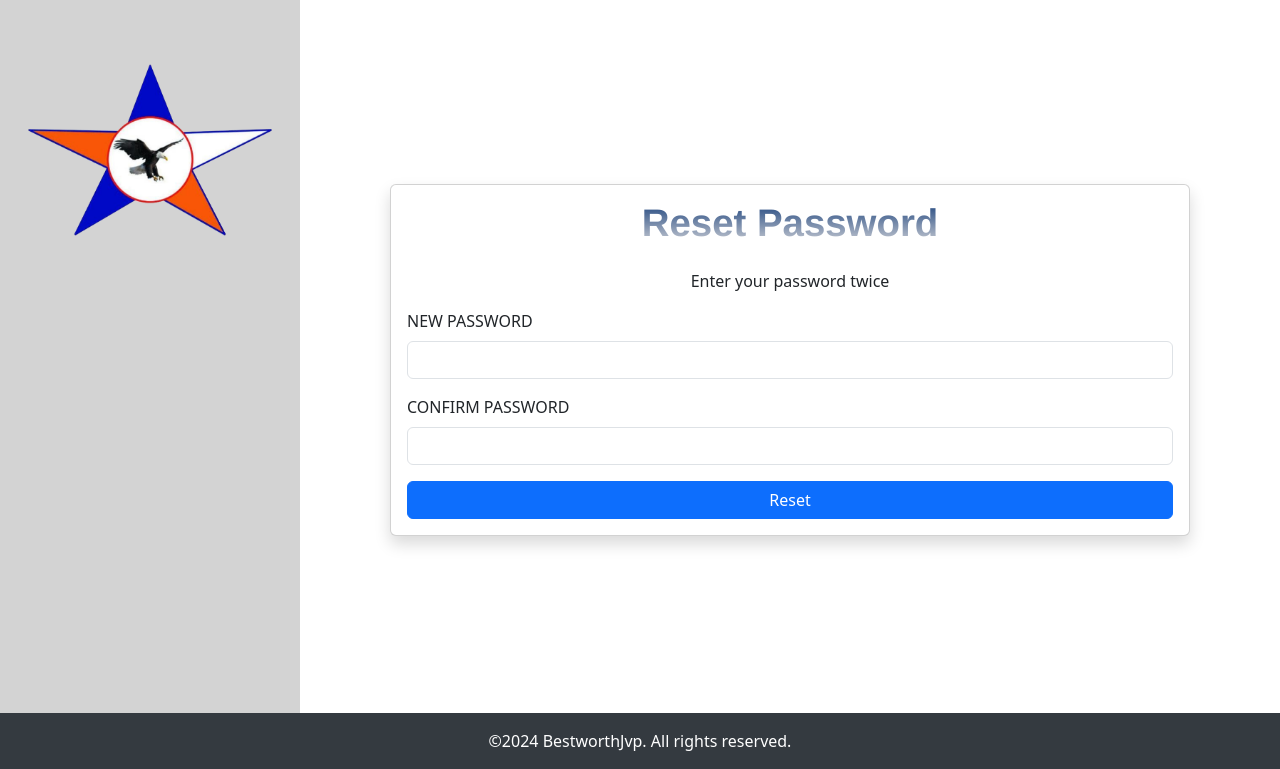
Repository: OVictor21/inventory
Page: /Reset2
These files come from the project's save history. The page is drawn as it stood at one moment and after the next save; the edit follows.
The browser window is 1280 px wide. The pictures show the whole page.
The project was rebuilt for these pictures with package versions that can differ from the ones it lists, and the page was loaded fresh each time. Also part of the build but not shown: src/components/login.jsx, src/components/signup.jsx, src/components/reset1.jsx.

Above is the page before, as saved 2024-12-15 15:14:50.

### src/index.css

.logo {
  background-size: cover;
  background-repeat: no-repeat;
  background-position: center;
  height: auto;
  width:9rem ;
}

.sign-in{
  width: 40vw;
  height: 65vw;
  left: 45vw;
  top: -10vw;
  overflow: hidden;
}

.login {
  display: flex;
  flex-direction: column;
  min-height: 100vh;
  overflow: hidden;

}

.nav-body {
  flex-grow: 1;
  background-color: #D3D3D3;
  width: 35vw;
  height: 65vw;
}

.text{
  top: 5vw;
  left: 6vw;
  background: linear-gradient(180deg, rgb(51, 85, 136) 13.5%, rgb(206, 208, 214) 100%);
  -webkit-background-clip: text !important;
  background-clip: text;
  -webkit-text-fill-color: transparent;
  text-fill-color: transparent;
  font-family: "Montserrat-Bold", Helvetica;
  font-weight: 700;
  color: transparent;
  font-size: 4vw;
  letter-spacing: 0;
  line-height: normal;
}



.text-wrapper-8 {
  background: linear-gradient(180deg, rgb(51, 85, 136) 13.5%, rgb(206, 208, 214) 100%);
  -webkit-background-clip: text !important;
  background-clip: text;
  -webkit-text-fill-color: transparent;
  text-fill-color: transparent;
  font-family: "Montserrat-Bold", Helvetica;
  font-weight: 600;
  color: transparent;
  font-size: 2vw;
  letter-spacing: 0;
  line-height: normal;
  top: 13vw;
  left: 6vw;
}

.email-text{
  font-size: 1.2vw;

}

.email{
  top: 17vw;
  left: 6vw;
}

.email-in{
  top: 23vw;
  left: 6vw;
  width: 80%;
  max-width: 80%;
  height: 5%;
}

.pass{
  top: 27vw;
  left: 6vw;
}

.pass-in{
  top: 33vw;
  left: 6vw;
  width: 80%;
  max-width: 80%;
  height: 5%;

}

.text-wrapper-7{
  font-family: "Montserrat-Regular", Helvetica;
  font-weight: 400;
  color: #00000061;
  font-size: 1.3vw;
  letter-spacing: 0;
  line-height: normal;
  top: 30vw;
  text-decoration: none;
  right: 2vw;
}



.sign-btn{
  background: linear-gradient(180deg, rgb(51, 85, 136) 93.5%, rgb(206, 208, 214) 97%);
  font-family: "Montserrat-Bold", Helvetica;
  font-weight: 700;
  font-size: 1.5rem;
  letter-spacing: 0;
  line-height: normal;
  width: 80%;
  height: 3rem;
  top: 42vw;
  left: 6vw;
  /* box-shadow: 0px 22px 75px #00000040; */
}


.acct{
  font-family: "Montserrat-Regular", Helvetica;
  font-weight: 700;
  color: #000000;
  font-size: 1.5vw;
  letter-spacing: 0;
  line-height: normal;
  top: 52vw;
  left: 6vw;
}

.acct-1{
  font-family: "Montserrat-Bold", Helvetica;
  font-weight: 700;
  color: rgb(51, 85, 136);
  font-size: 1.5vw;
  text-decoration: none;
  letter-spacing: 0;
  line-height: normal;
  top: 52vw;
  right: 3vw;
}



.pass-text{
font-size: 1.2vw;
}
.footer-body {
  background-color: #343a40; /* Example background color */
  text-align: center;
  padding: 1rem 0;
  margin-top: auto; /* Pushes the footer to the bottom */
}



.side{
  background-color: #D3D3D3;
}
.footers{
  top: 99vh;
  right: 0vw;
  background-color: #343a40;
}

.signuptext{
  top: 5vw;
  left: 6vw;
  background: linear-gradient(180deg, rgb(51, 85, 136) 13.5%, rgb(206, 208, 214) 100%);
  -webkit-background-clip: text !important;
  background-clip: text;
  -webkit-text-fill-color: transparent;
  text-fill-color: transparent;
  font-family: "Montserrat-Bold", Helvetica;
  font-weight: 700;
  color: transparent;
  font-size: 3vw;
  letter-spacing: 0;
  line-height: normal;
}

### src/App.js
// import Navbar from './components/navbar';
import 'bootstrap/dist/css/bootstrap.min.css';
import { BrowserRouter as Router, Route, Routes } from "react-router-dom";
// import Home from "./components/home";
import Login from "./components/login";
import Signup from './components/signup';
import Reset1 from './components/reset1';
import Reset2 from './components/reset2';



function App() {
  return (
    <div className="App">
      <Router>
      <Routes>
        {/* <Route path="/" element={<Navbar />} /> */}
        <Route path="/Login" element={<Login />} />
        <Route path="/Signup" element={<Signup/>} />
        <Route path='/Reset1' element={<Reset1/>} />
        <Route path='/Reset2' element={<Reset2 />} />
      </Routes>
    </Router>
    </div>
  );
}

export default App;

### src/components/reset2.jsx
const   Reset2 = () => {
    return (
      <div className="d-flex">
        {/* Sidebar with Logo */}
        <div className="side text-white d-flex flex-column align-items-center p-3 vh-100" style={{ width: '300px' }}>
          <a href="/" className="d-block mb-4">
            <img
              src="./logo.png" // Replace with your actual logo URL
              alt="Logo"
              className="img-fluid"
            />
          </a>
        </div>

        {/* Main Content Area with Sign-Up Form */}
        <div className="flex-grow-1 d-flex flex-column justify-content-center align-items-center p-4">
          <div className="card shadow p-3" style={{ maxWidth: '800px', width: '100%' }}>
            <h3 className="text-center mb-4 signuptext">Reset Password</h3>
            <p className="text-center">Enter your password twice </p>
            <form>

              <div className="mb-3">
                <label htmlFor="password" className="form-label">
                  NEW PASSWORD
                </label>
                <input type="password" className="form-control" id="password" required />
              </div>

              <div className="mb-3">
                <label htmlFor="Confirm password" className="form-label">
                  CONFIRM PASSWORD
                </label>
                <input type="password" className="form-control" id="Confirm password" required />
              </div>

              <div className="d-grid">
              <a href="/Login" className="btn btn-primary">Reset</a>

            </div>


            </form>
          </div>

          {/* Footer */}
          <footer className="mt-auto text-center py-3 w-100 position-absolute footers text-white ">
            <p className="mb-0">&copy;2024 BestworthJvp. All rights reserved.</p>

          </footer>
        </div>
      </div>
    );
  };

  export default Reset2;

Loaded but not shown: public/index.html (common file); src/index.js (common file); src/reportWebVitals.js (common file)

After the next save:
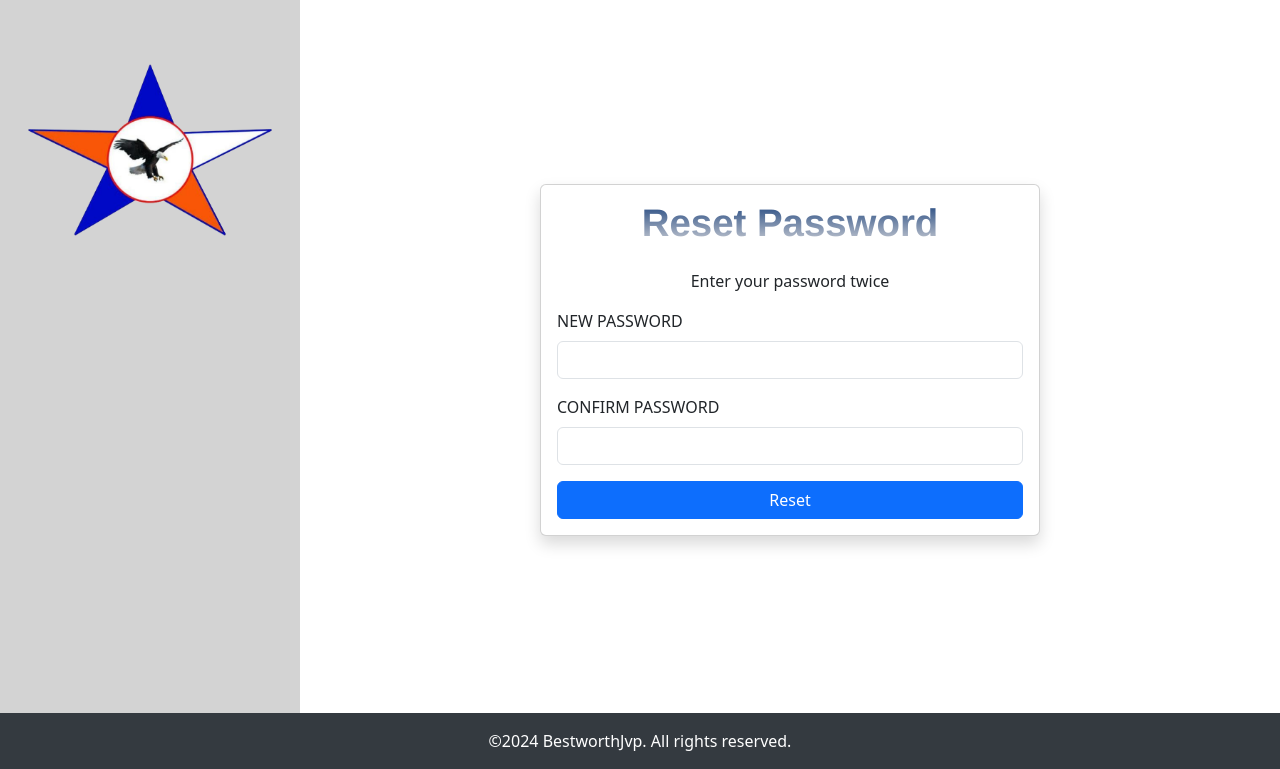
Saved 12 s later.
--- a/src/components/reset2.jsx
+++ b/src/components/reset2.jsx
@@ -14,7 +14,7 @@
 
         {/* Main Content Area with Sign-Up Form */}
         <div className="flex-grow-1 d-flex flex-column justify-content-center align-items-center p-4">
-          <div className="card shadow p-3" style={{ maxWidth: '800px', width: '100%' }}>
+          <div className="card shadow p-3" style={{ maxWidth: '500px', width: '100%' }}>
             <h3 className="text-center mb-4 signuptext">Reset Password</h3>
             <p className="text-center">Enter your password twice </p>
             <form>
